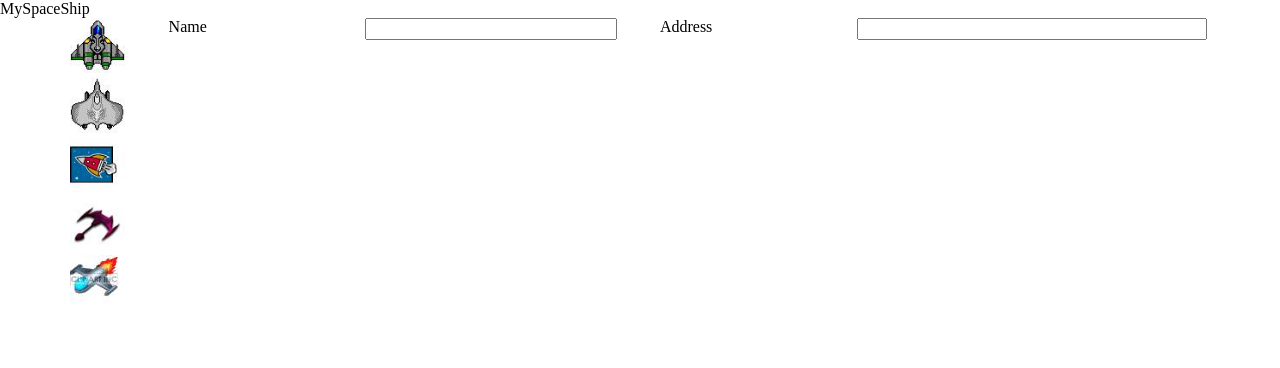
Repository: eudesf/MySpaceShip
Page: MySpaceShip/WebContent/Copy of formlayoutajax.html
An editor plug-in stored every save of this project. The page is shown before and after the next save, followed by the edit.
The browser window is 1280 px wide. The pictures show the whole page.

Above is the page before, as saved 2012-03-19 13:31:37.

After the next save:
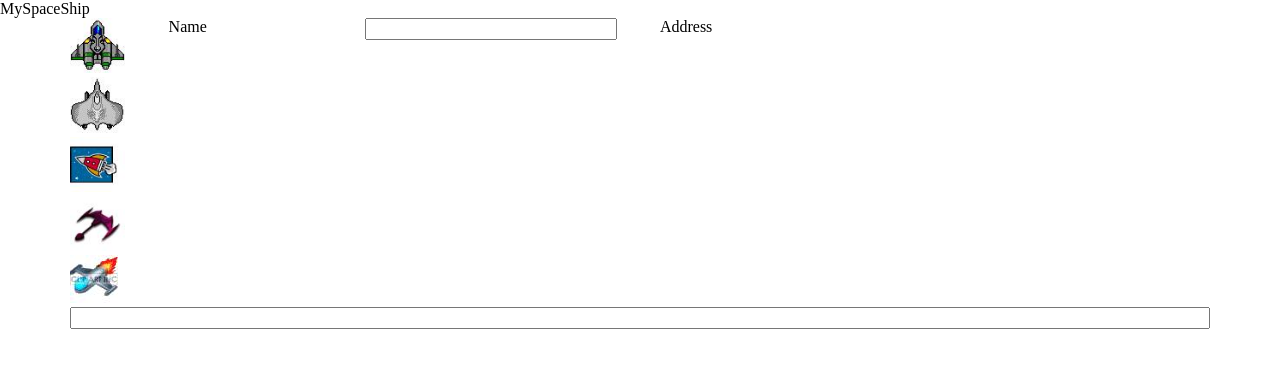
Saved 3 s later.
--- a/MySpaceShip/WebContent/Copy of formlayoutajax.html
+++ b/MySpaceShip/WebContent/Copy of formlayoutajax.html
@@ -64,7 +64,6 @@
 							<div class="twocol">
 								<label for="address">Address</label>
 							</div>
-							<div class="fourcol last">
 								<input id="address" type="text"/>
 							</div>
 						</form>
